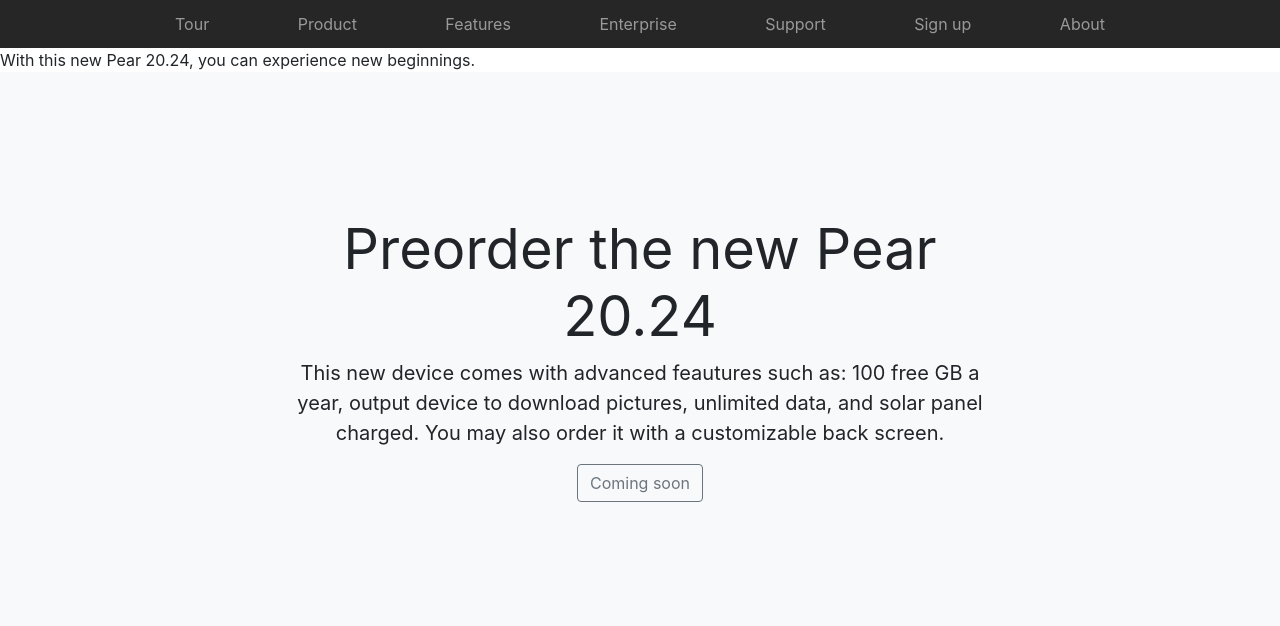
Repository: DailynAmaya/DailynAmaya-Resume
Page: LearnCS8-Twilio/index.html
The author's editor kept a record of every edit. The page is drawn from the files as they stood at one moment, then again after the next edit.
The browser window is 1280 px wide. The pictures show the part of the page from y = 0 to 626 px (the page is 1201 px tall).
A picture or video elsewhere on the page could not be fetched, so the positions and the page height are approximate.

Above is the page before.

After the next edit:
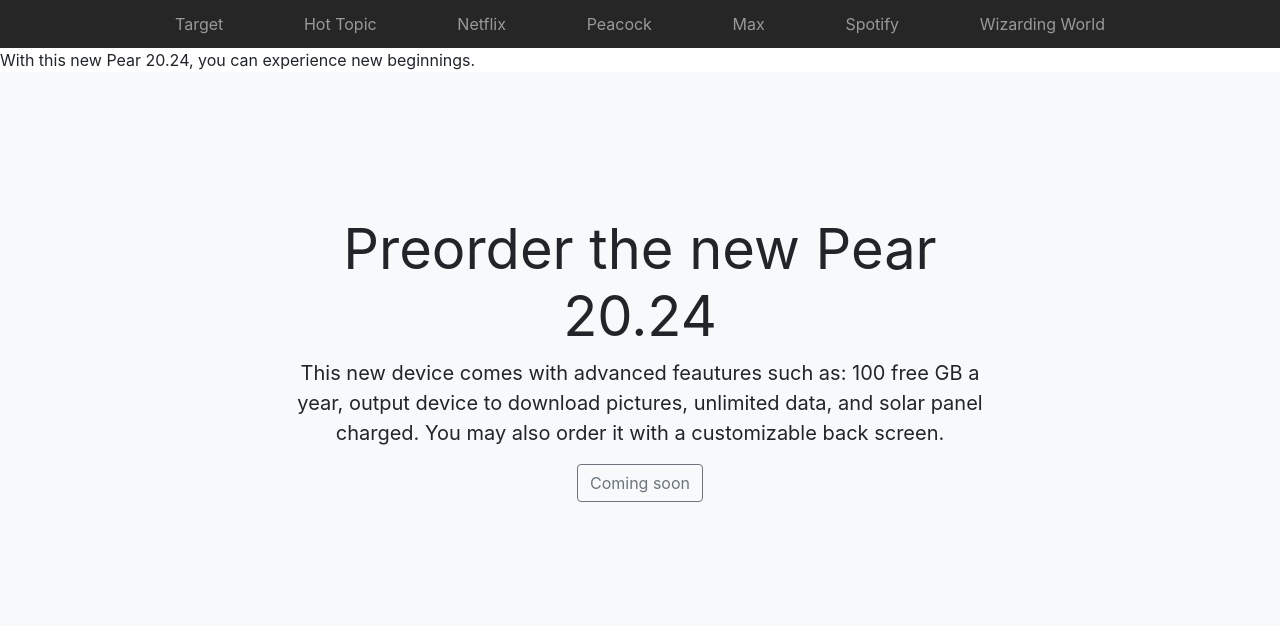
The edit:
--- a/LearnCS8-Twilio/index.html
+++ b/LearnCS8-Twilio/index.html
@@ -18,13 +18,13 @@
     <nav class="site-header sticky-top py-1">
     <!-- Top Menu Bar -->
     <div class="container d-flex flex-column flex-md-row justify-content-between">
-        <a class="py-2 d-none d-md-inline-block" id="menu-item-1" href="https://www.target.com/"target="Target">Tour</a>
-        <a class="py-2 d-none d-md-inline-block" id="menu-item-2" href="https://www.hottopic.com/"target="Hot Topic">Product</a>
-        <a class="py-2 d-none d-md-inline-block" id="menu-item-3" href="https://www.netflix.com/"target="Netflix">Features</a>
-        <a class="py-2 d-none d-md-inline-block" id="menu-item-4" href="https://www.peacocktv.com/"target="Peacock">Enterprise</a>
-        <a class="py-2 d-none d-md-inline-block" id="menu-item-5" href="https://www.max.com/"target="Max">Support</a>
-        <a class="py-2 d-none d-md-inline-block" id="menu-item-6" href="https://open.spotify.com/"target="Spotify">Sign up</a>
-        <a class="py-2 d-none d-md-inline-block" id="menu-item-7" href="https://www.wizardingworld.com/"target="Wizarding World">About</a>
+        <a class="py-2 d-none d-md-inline-block" id="menu-item-1" href="https://www.target.com/"target="Target">Target</a>
+        <a class="py-2 d-none d-md-inline-block" id="menu-item-2" href="https://www.hottopic.com/"target="Hot Topic">Hot Topic</a>
+        <a class="py-2 d-none d-md-inline-block" id="menu-item-3" href="https://www.netflix.com/"target="Netflix">Netflix</a>
+        <a class="py-2 d-none d-md-inline-block" id="menu-item-4" href="https://www.peacocktv.com/"target="Peacock">Peacock</a>
+        <a class="py-2 d-none d-md-inline-block" id="menu-item-5" href="https://www.max.com/"target="Max">Max</a>
+        <a class="py-2 d-none d-md-inline-block" id="menu-item-6" href="https://open.spotify.com/"target="Spotify">Spotify</a>
+        <a class="py-2 d-none d-md-inline-block" id="menu-item-7" href="https://www.wizardingworld.com/"target="Wizarding World">Wizarding World</a>
     </div>
 </nav>
 <!-- Main Header Section h1--> With this new Pear 20.24, you can experience new beginnings.
